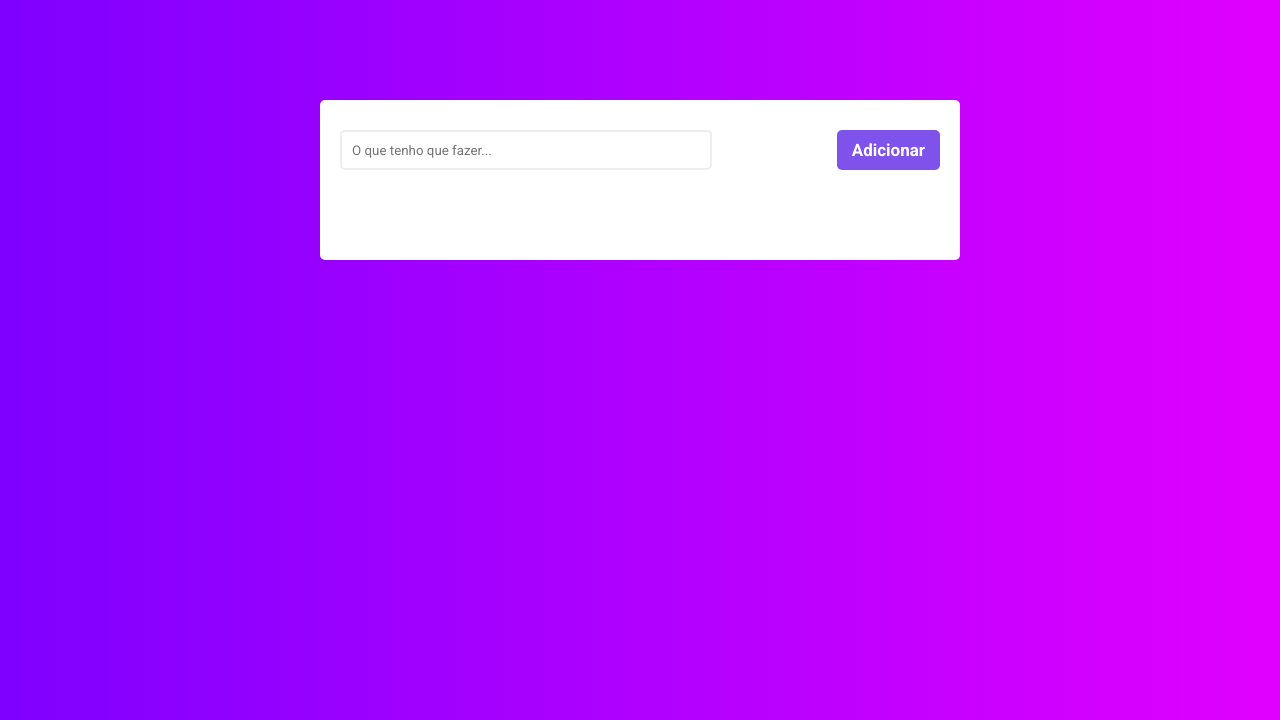
Repository: PLSR12/ToDoList
Page: index.html
These files come from the project's save history. The page is drawn as it stood at one moment and after the next save; the edit follows.
The browser window is 1280 px wide. The pictures show the whole page.
Some web libraries are served in a nearby version.

Above is the page before, as saved 2022-01-14 12:58:14.

### index.html
<!DOCTYPE html>
<html lang="pt-br">

<head>
    <meta charset="UTF-8">
    <meta http-equiv="X-UA-Compatible" content="IE=edge">
    <meta name="viewport" content="width=device-width, initial-scale=1.0">
    <script src="https://kit.fontawesome.com/7a5bd120bc.js" crossorigin="anonymous"></script>
    <link rel="stylesheet" href="./styles.css">
    <link rel="preconnect" href="https://fonts.googleapis.com">
    <link rel="preconnect" href="https://fonts.gstatic.com" crossorigin>
    <link href="https://fonts.googleapis.com/css2?family=Roboto:wght@100;400;700&display=swap" rel="stylesheet">
    <title> Lista de Tarefas </title>
</head>

<body>

    <div class="container">
        <input id="input-principal" placeholder="O que tenho que fazer...">

        <button id="botao-adicionar"> Adicionar </button>

        <ul id="tarefas">

        </ul>
    </div>

</body>

<script src="./scripts.js">

</script>

</html>

### styles.css

* {
    margin: 0;
    padding: 0;
    box-sizing: border-box;
    outline: none;
    font-family: 'Roboto', sans-serif;
}

body {
    background: linear-gradient(90deg, #7F00FF 0%, #E100FF 100%);
}


#botao-adicionar {
    background: #8052EC;
    border-radius: 5px;
    height: 40px;
    border: none;
    padding: 0 15px;
    color: #FFFFFF;
    font-size: 17px;
    cursor: pointer;
    float: right;
    font-weight: 700;
}

#botao-adicionar:hover{
    opacity: 0.8;
}

#botao-adicionar:active {
    opacity: 0.6;
}

.container {
    background: #FFFFFF;
    width: 50%;
    margin-bottom: 100px;
    border-radius: 5px;
    margin-top: 100px;
    margin-left: auto;
    margin-right: auto;
    padding: 30px 20px;
}

#input-principal {
    width: 372px;
    height: 40px;
    border: 2px solid rgba(209, 211, 212, 0.4);
    border-radius: 5px;
    padding-left: 10px;
}

#tarefas {
    width: 100%;
    list-style: none;
    margin-top: 60px;
}

.item-tarefa {
    background: #F2F2F2;
    box-shadow: 1px 4px 10px rgba(0, 0, 0, 0.2);
    border-radius: 5px;
    padding: 20px 45px;
    cursor: pointer;
    position: relative;
    margin-top: 30px;
}

.nome-tarefa {
    color: #000000;
    font-size: 15px;
}

.botao-delete {
    border: none;
    background: transparent;
    position: absolute;
    right: 0;
    top: 0;
    height: 100%;
    width: 40px;
    cursor: pointer;
    opacity: 0;
    transition: opacity 0.5s ease-in-out;
}

.fa-trash{
    color: red;
}

.botao-foguete {
    border: none;
    background: transparent;
    position: absolute;
    left: 0;
    top: 0;
    height: 100%;
    width: 40px;
    cursor: pointer;
    opacity: 0;
    transition: opacity 0.5s ease-in-out;
}

.fa-rocket {
    color:#4F0FC5;
}

.item-tarefa:hover .botao-delete{
    opacity: 1;
}

.item-tarefa:hover .botao-foguete{
    opacity: 1;
}

.concluido{
   background-color: #d4f88d;
   text-decoration: line-through;
}

### scripts.js
let input = document.getElementById("input-principal");
let button = document.getElementById("botao-adicionar");
let tarefa = document.getElementById("nome-tarefa-id");
let listaCompleta = document.getElementById("tarefas");

let arrayDeTarefas = [];
recarregarTarefas();

function mostrarTarefas() {
  let novaLi = "";

  arrayDeTarefas.forEach((tarefa, index) => {
    novaLi =
      novaLi +
      `
        <li class="item-tarefa ${tarefa.concluida == true ? "concluido" : ""} ">
            <button class="botao-foguete" onclick="concluirTarefa(${index})">
                <i class="fas fa-rocket"></i>
            </button>

            <p class="nome-tarefa ${
              tarefa.concluida == true ? "concluido" : ""
            }" id="nome-tarefa-id">${tarefa.tarefa}</p>

            <button class="botao-delete" onclick="deletarTarefa(${index})">
                <i class="fas fa-trash"></i>
            </button>
        </li>
`;
  });

  listaCompleta.innerHTML = novaLi;

  localStorage.setItem("lista", JSON.stringify(arrayDeTarefas));
}

function deletarTarefa(index) {
  arrayDeTarefas.splice(index, 1);

  mostrarTarefas();
}

function adicionarTarefa() {
  if (input.value) {
    arrayDeTarefas.push({
      tarefa: input.value,
      concluida: false,
    });
  } else {
    alert("Digite uma tarefa");
  }

  input.value = "";
  mostrarTarefas();
}

function concluirTarefa(index) {
  arrayDeTarefas[index].concluida = !arrayDeTarefas[index].concluida;

  mostrarTarefas();
}

function recarregarTarefas() {
  let minhasTarefas = localStorage.getItem("lista");

  if (minhasTarefas) {
    arrayDeTarefas = JSON.parse(minhasTarefas);

    mostrarTarefas();
  }
}

function adicionarPeloEnter(teclas) {
  if (teclas.key === "Enter") {
    adicionarTarefa();
  }
}

button.addEventListener("click", adicionarTarefa);

document.addEventListener("keypress", adicionarPeloEnter);

After the next save:
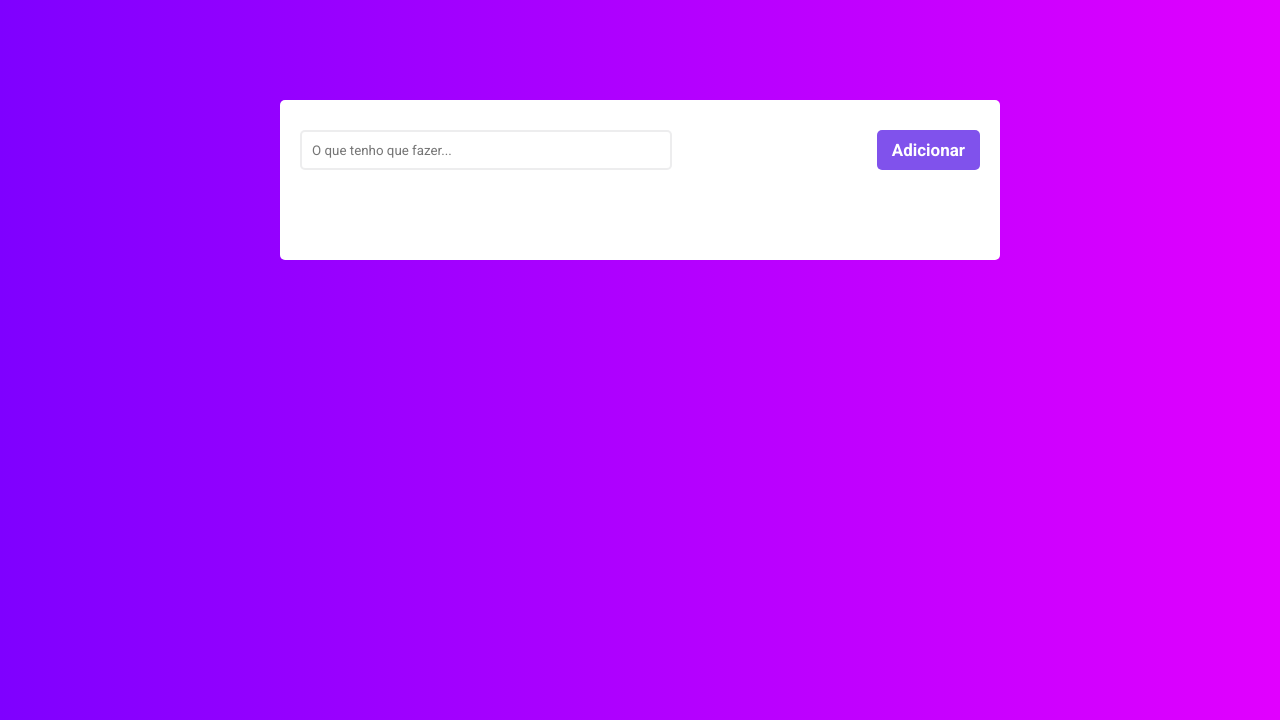
Saved 10 s later.
--- a/styles.css
+++ b/styles.css
@@ -35,7 +35,7 @@ body {
 
 .container {
     background: #FFFFFF;
-    width: 50%;
+    width: 100vh;
     margin-bottom: 100px;
     border-radius: 5px;
     margin-top: 100px;
